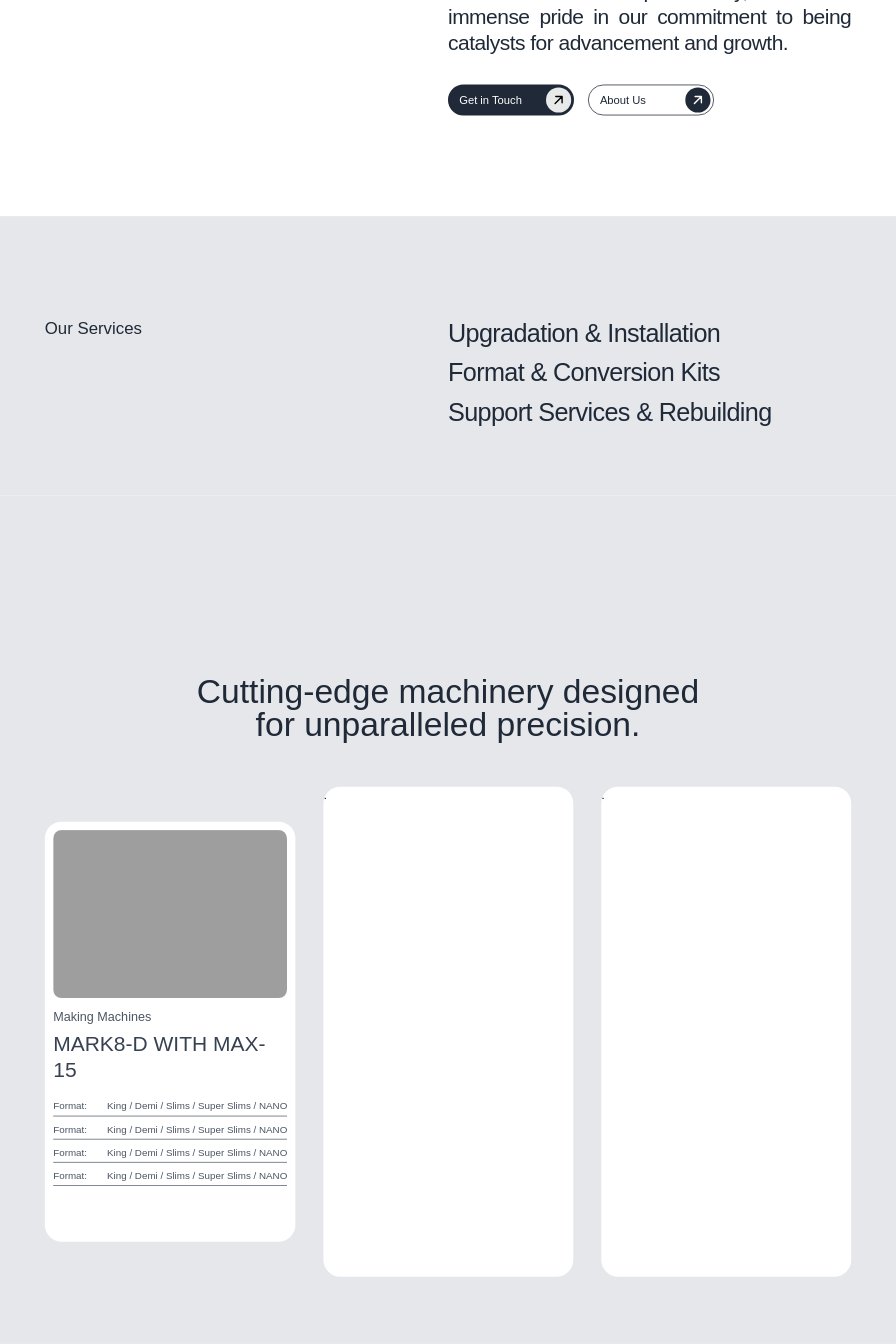
Repository: vespersolutionspk18/microtexwebsite
Page: /
An editor plug-in stored every save of this project. The page is shown before and after the next save, followed by the edit.
The browser window is 1280 px wide. The pictures show the part of the page from y = 1207 to 3127 px (the page is 3127 px tall), at 70% of full size.
Pictures or frames that could not be fetched are drawn as grey boxes. Some web fonts or font styles are not loaded; a fallback is used. The project was rebuilt for these pictures with package versions that can differ from the ones it lists, and the page was loaded fresh each time. The framework's server and built-in components were replaced by stand-ins that run in the browser. Also part of the build but not shown: next.config.mjs.

Above is the page before, as saved 2024-11-18 21:42:14.

After the next save:
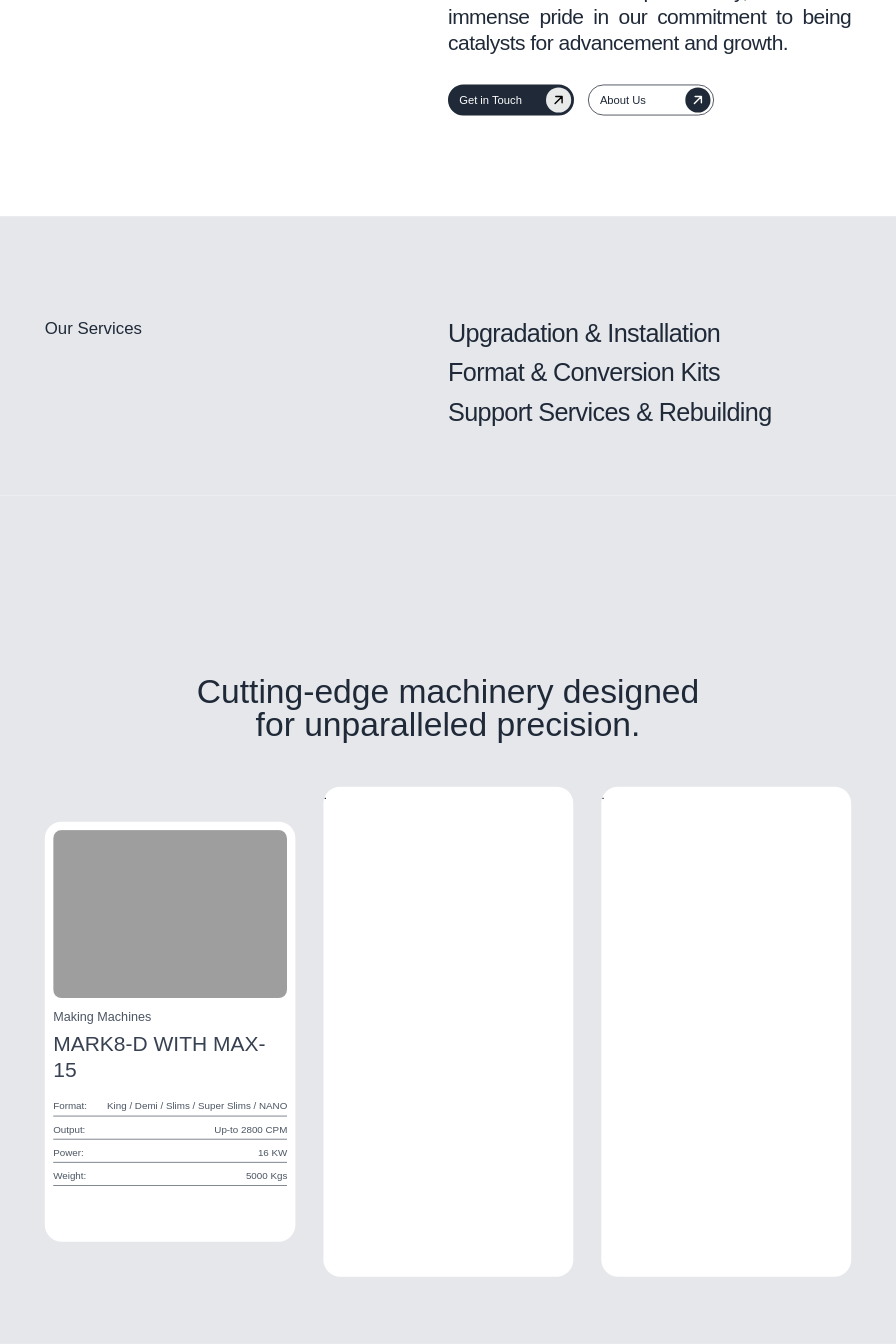
Saved 57 s later.
--- a/app/OurMachines.tsx
+++ b/app/OurMachines.tsx
@@ -18,18 +18,18 @@ const OurMachines = () => {
     </div>
     <Separator className="bg-gray-600 mt-1 mb-2" />
     <div className="flex flex-row items-center justify-between ">
-        <h5 className="text-gray-600 text-sm font">Format:</h5>
-        <h5 className="text-gray-600 text-sm font-light"> King / Demi / Slims / Super Slims / NANO</h5>
+        <h5 className="text-gray-600 text-sm font">Output:</h5>
+        <h5 className="text-gray-600 text-sm font-light">Up-to 2800 CPM</h5>
     </div>
     <Separator className="bg-gray-600 mt-1 mb-2" />
     <div className="flex flex-row items-center justify-between ">
-        <h5 className="text-gray-600 text-sm font">Format:</h5>
-        <h5 className="text-gray-600 text-sm font-light"> King / Demi / Slims / Super Slims / NANO</h5>
+        <h5 className="text-gray-600 text-sm font">Power:</h5>
+        <h5 className="text-gray-600 text-sm font-light">16 KW</h5>
     </div>
     <Separator className="bg-gray-600 mt-1 mb-2" />
     <div className="flex flex-row items-center justify-between ">
-        <h5 className="text-gray-600 text-sm font">Format:</h5>
-        <h5 className="text-gray-600 text-sm font-light"> King / Demi / Slims / Super Slims / NANO</h5>
+        <h5 className="text-gray-600 text-sm font">Weight:</h5>
+        <h5 className="text-gray-600 text-sm font-light">5000 Kgs</h5>
     </div>
     <Separator className="bg-gray-600 mt-1 mb-2" />
     </div>
